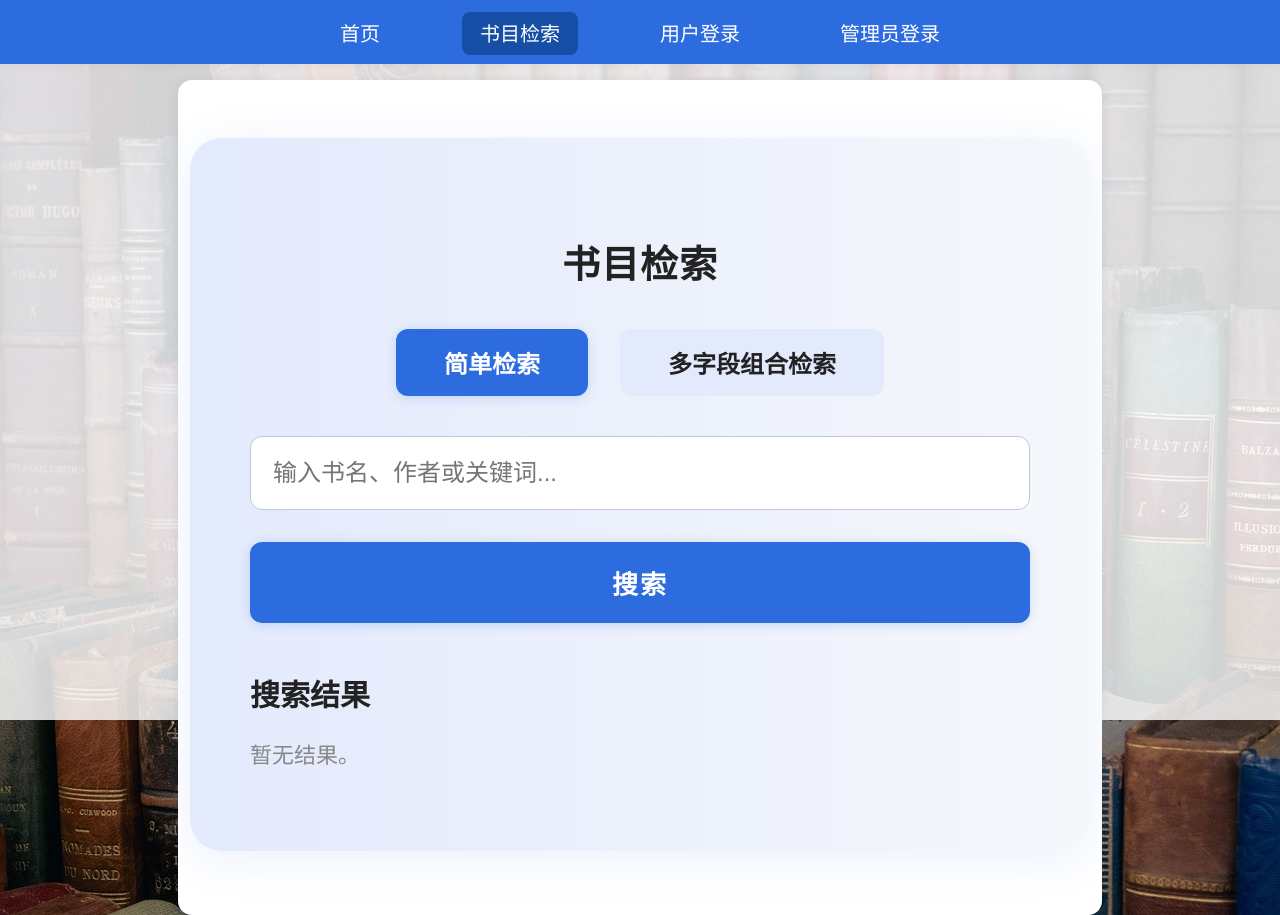
Repository: MercuryRandom/Library-Resource-Management-System
Page: /search (app in frontend/)
An editor plug-in stored every save of this project. The page is shown before and after the next save, followed by the edit.
The browser window is 1280 px wide. The pictures show the whole page.
Backgrounds fixed to the window are drawn as part of the page. The project was rebuilt for these pictures with package versions that can differ from the ones it lists, and the page was loaded fresh each time. Also part of the build but not shown: frontend/vite.config.js, frontend/src/pages/HomePage.jsx, frontend/src/pages/LoginPage.jsx, frontend/src/pages/RegisterPage.jsx, frontend/src/pages/AdminLoginPage.jsx, frontend/src/pages/admin/ReaderManagementPage.jsx, frontend/src/pages/admin/BookManagementPage.jsx, frontend/src/pages/admin/BorrowManagementPage.jsx.

Above is the page before, as saved 2025-06-27 10:35:21.

After the next save:
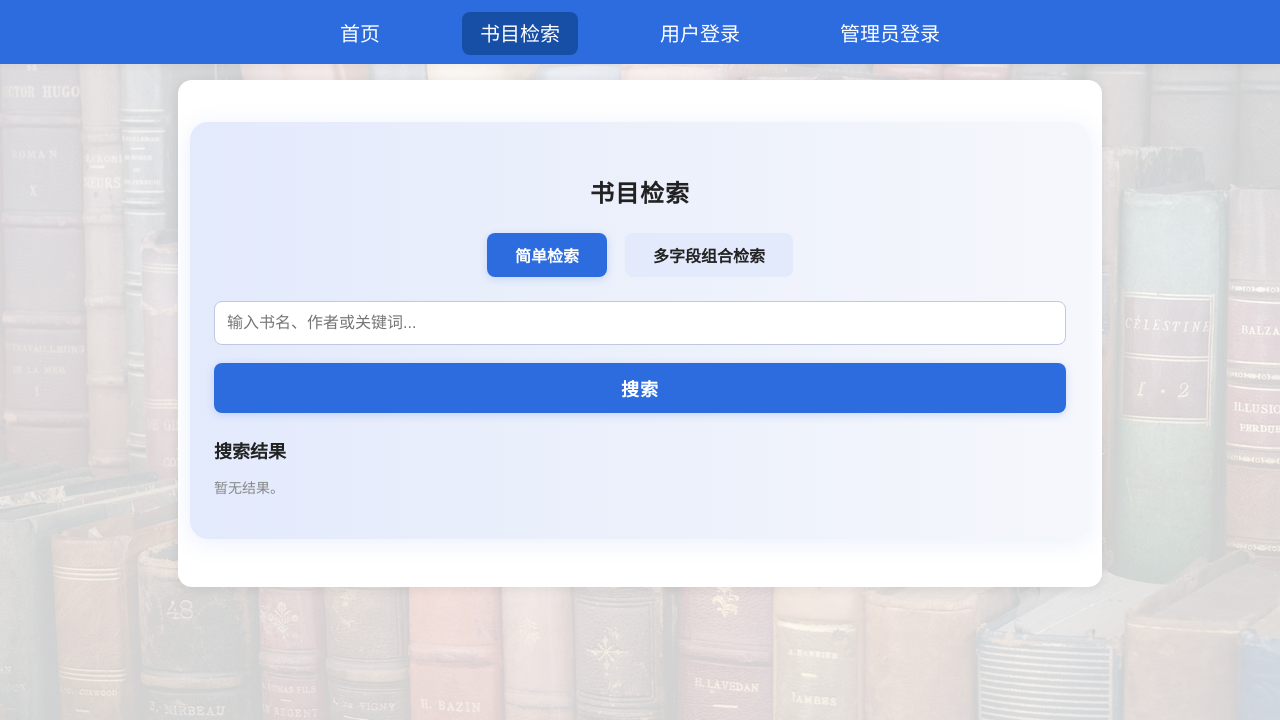
Saved 5 s later.
--- a/frontend/src/pages/SearchPage.jsx
+++ b/frontend/src/pages/SearchPage.jsx
@@ -12,12 +12,12 @@ const SearchPage = () => {
   };
 
   return (
-    <div style={{ display: 'flex', justifyContent: 'center', alignItems: 'flex-start', minHeight: '60vh' }}>
-      <div style={{ maxWidth: '900px', width: '100%', background: 'linear-gradient(90deg, #e3eafc 0%, #f5f7fb 100%)', borderRadius: '32px', boxShadow: '0 8px 48px rgba(45,108,223,0.10)', padding: '64px 60px 60px 60px', margin: '40px 0', transition: 'box-shadow 0.25s, transform 0.25s' }}>
-        <h2 style={{ textAlign: 'center', marginBottom: 40, fontSize: 38, fontWeight: 700, letterSpacing: 1 }}>书目检索</h2>
-        <div style={{ display: 'flex', justifyContent: 'center', gap: 32, marginBottom: 40 }}>
-          <button type="button" onClick={() => setSearchType('simple')} style={{ background: searchType === 'simple' ? '#2d6cdf' : '#e3eafc', color: searchType === 'simple' ? '#fff' : '#222', border: 'none', borderRadius: 12, padding: '16px 48px', fontSize: 24, cursor: 'pointer', fontWeight: 600, boxShadow: searchType === 'simple' ? '0 2px 12px #2d6cdf33' : 'none' }}>简单检索</button>
-          <button type="button" onClick={() => setSearchType('advanced')} style={{ background: searchType === 'advanced' ? '#2d6cdf' : '#e3eafc', color: searchType === 'advanced' ? '#fff' : '#222', border: 'none', borderRadius: 12, padding: '16px 48px', fontSize: 24, cursor: 'pointer', fontWeight: 600, boxShadow: searchType === 'advanced' ? '0 2px 12px #2d6cdf33' : 'none' }}>多字段组合检索</button>
+    <div style={{ display: 'flex', justifyContent: 'center', alignItems: 'flex-start', minHeight: '60vh', maxWidth: 900, margin: '0 auto' }}>
+      <div style={{ width: '100%', background: 'linear-gradient(90deg, #e3eafc 0%, #f5f7fb 100%)', borderRadius: '18px', boxShadow: '0 4px 24px rgba(45,108,223,0.10)', padding: '32px 24px 28px 24px', margin: '24px 0', transition: 'box-shadow 0.25s, transform 0.25s' }}>
+        <h2 style={{ textAlign: 'center', marginBottom: 24, fontSize: 24, fontWeight: 700, letterSpacing: 1 }}>书目检索</h2>
+        <div style={{ display: 'flex', justifyContent: 'center', gap: 18, marginBottom: 24 }}>
+          <button type="button" onClick={() => setSearchType('simple')} style={{ background: searchType === 'simple' ? '#2d6cdf' : '#e3eafc', color: searchType === 'simple' ? '#fff' : '#222', border: 'none', borderRadius: 8, padding: '10px 28px', fontSize: 16, cursor: 'pointer', fontWeight: 600, boxShadow: searchType === 'simple' ? '0 2px 8px #2d6cdf33' : 'none' }}>简单检索</button>
+          <button type="button" onClick={() => setSearchType('advanced')} style={{ background: searchType === 'advanced' ? '#2d6cdf' : '#e3eafc', color: searchType === 'advanced' ? '#fff' : '#222', border: 'none', borderRadius: 8, padding: '10px 28px', fontSize: 16, cursor: 'pointer', fontWeight: 600, boxShadow: searchType === 'advanced' ? '0 2px 8px #2d6cdf33' : 'none' }}>多字段组合检索</button>
         </div>
         <form onSubmit={handleSearch}>
           {searchType === 'simple' ? (
@@ -27,30 +27,30 @@ const SearchPage = () => {
                 value={query}
                 onChange={(e) => setQuery(e.target.value)}
                 placeholder="输入书名、作者或关键词..."
-                style={{ width: '100%', padding: '22px', fontSize: 24, borderRadius: 12, border: '1.5px solid #bfc8e0', marginBottom: 32, background: '#fff', boxSizing: 'border-box' }}
+                style={{ width: '100%', padding: '12px', fontSize: 16, borderRadius: 8, border: '1.5px solid #bfc8e0', marginBottom: 18, background: '#fff', boxSizing: 'border-box' }}
               />
             </div>
           ) : (
             <div>
-              <p style={{ color: '#888', marginBottom: 20, fontSize: 20 }}>多字段组合检索功能待开发。</p>
+              <p style={{ color: '#888', marginBottom: 12, fontSize: 14 }}>多字段组合检索功能待开发。</p>
               <input
                 type="text"
                 value={query}
                 onChange={(e) => setQuery(e.target.value)}
                 placeholder="多字段检索..."
-                style={{ width: '100%', padding: '22px', fontSize: 24, borderRadius: 12, border: '1.5px solid #bfc8e0', marginBottom: 32, background: '#fff', boxSizing: 'border-box' }}
+                style={{ width: '100%', padding: '12px', fontSize: 16, borderRadius: 8, border: '1.5px solid #bfc8e0', marginBottom: 18, background: '#fff', boxSizing: 'border-box' }}
                 disabled
               />
             </div>
           )}
-          <button type="submit" style={{ width: '100%', padding: '22px', fontSize: 26, background: '#2d6cdf', color: '#fff', border: 'none', borderRadius: 12, cursor: 'pointer', fontWeight: 700, letterSpacing: 2, boxShadow: '0 2px 12px #2d6cdf33' }}>
+          <button type="submit" style={{ width: '100%', padding: '12px', fontSize: 18, background: '#2d6cdf', color: '#fff', border: 'none', borderRadius: 8, cursor: 'pointer', fontWeight: 700, letterSpacing: 1, boxShadow: '0 2px 8px #2d6cdf33' }}>
             搜索
           </button>
         </form>
-        <div style={{ marginTop: '48px' }}>
-          <h3 style={{ fontSize: 30, marginBottom: 18 }}>搜索结果</h3>
+        <div style={{ marginTop: '24px' }}>
+          <h3 style={{ fontSize: 18, marginBottom: 8 }}>搜索结果</h3>
           {/* 搜索结果将在这里显示 */}
-          <p style={{ color: '#888', fontSize: 22 }}>暂无结果。</p>
+          <p style={{ color: '#888', fontSize: 14 }}>暂无结果。</p>
         </div>
       </div>
     </div>
